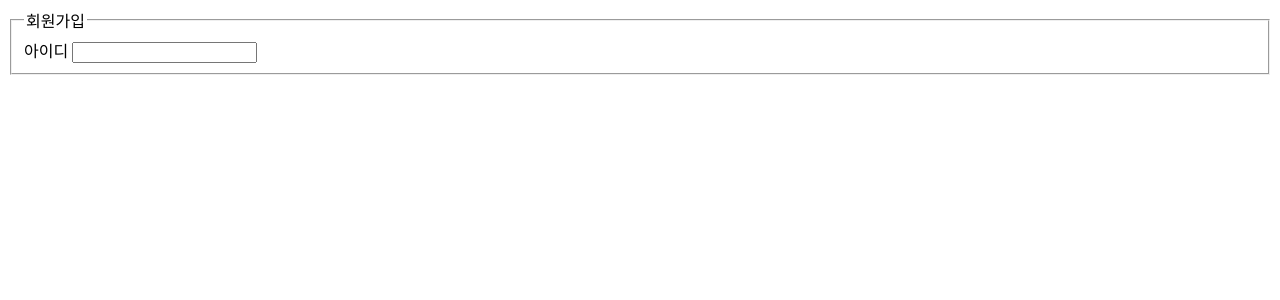
Repository: soobin10236/Class
Page: Homework/src/main/webapp/insert.html
An editor plug-in stored every save of this project. The page is shown before and after the next save, followed by the edit.
The browser window is 1280 px wide. The pictures show the whole page.

Above is the page before, as saved 2021-09-06 09:18:06.

After the next save:
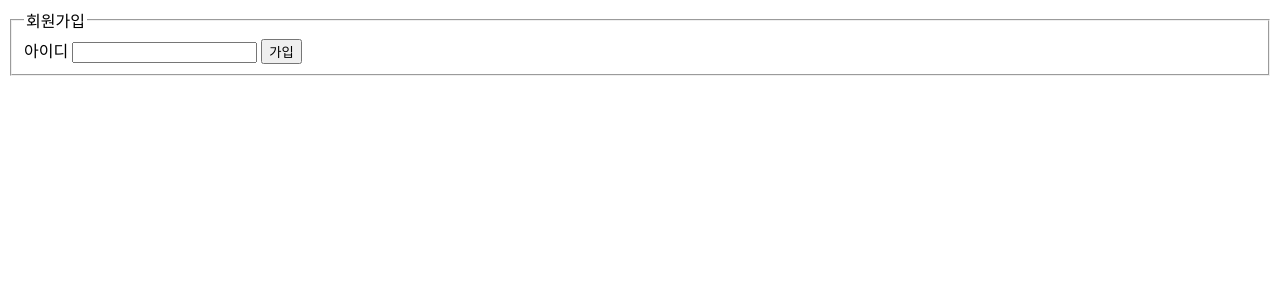
Saved 40 s later.
--- a/Homework/src/main/webapp/insert.html
+++ b/Homework/src/main/webapp/insert.html
@@ -11,6 +11,7 @@
 			<legend>회원가입</legend>
 			<label>아이디</label>
 			<input type="text" name ="id"/>
+			<input type="submit" value="가입"/>
 		</fieldset>
 	</form>
 </body>
